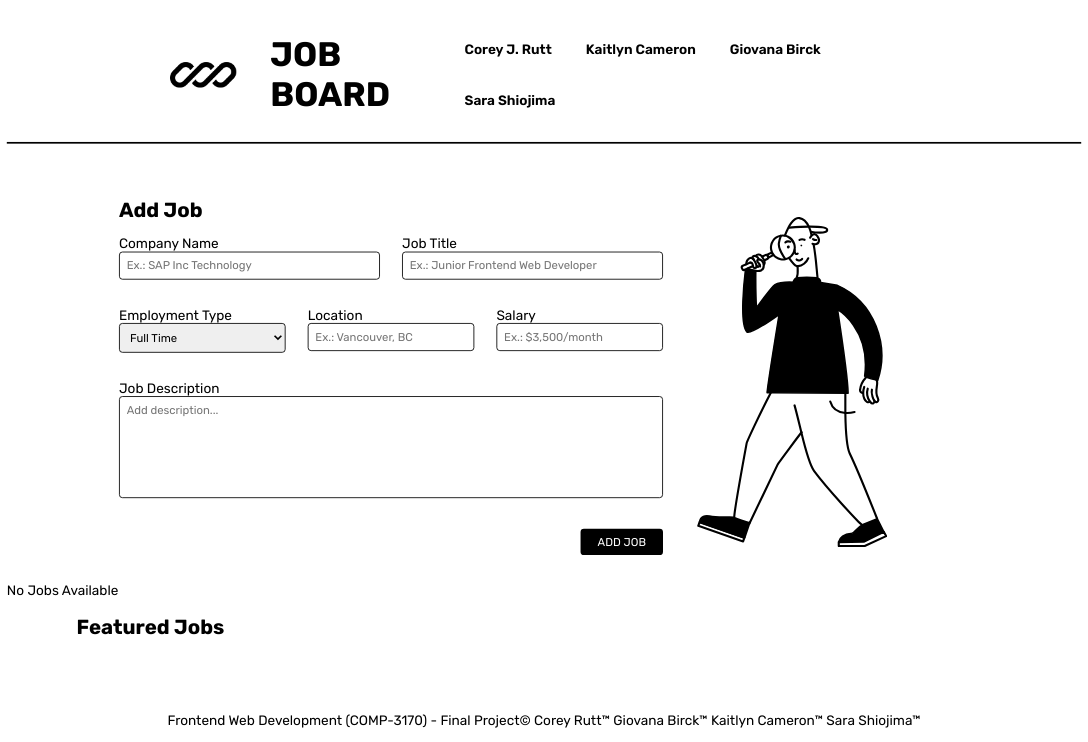
Repository: kcameron37/Final-Project-FrontEnd
Page: /
These files come from the project's save history. The page is drawn as it stood at one moment and after the next save; the edit follows.
The browser window is 1280 px wide. The pictures show the whole page, at 85% of full size.
The project was rebuilt for these pictures with package versions that can differ from the ones it lists, and the page was loaded fresh each time.

Above is the page before, as saved 2023-11-28 21:11:29.

### src/index.js
import { StrictMode } from "react";
import { createRoot } from "react-dom/client";

import App from "./App";
import './styles.css';

const rootElement = document.getElementById("root");
const root = createRoot(rootElement);

root.render(
  <StrictMode>
    <App />
    <p className="footer">Frontend Web Development (COMP-3170) - Final Project&copy; Corey Rutt&trade; Giovana Birck&trade; Kaitlyn Cameron&trade; Sara Shiojima&trade; </p>
  </StrictMode>
);

### src/App.js
import React, { useState } from 'react';
import { BrowserRouter as Router, Routes, Route } from 'react-router-dom';

import JobList from './components/JobList';
import AddJob from './components/AddJob';
import FilterComponent from './components/FilterComponent';
import NavBar from './components/NavBar';

export default function App() {
  const [jobs, setJobs] = useState([]);
  const [jobToEdit, setJobToEdit] = useState(null);

  const addJob = (job) => {
    if (jobToEdit) {
      const updatedJobs = jobs.map(j => (j.id === jobToEdit.id ? { ...j, ...job } : j));
      setJobs(updatedJobs);
      setJobToEdit(null);
    } else {
      const newJobWithId = { ...job, id: Date.now() };
      setJobs([...jobs, newJobWithId]);
    }
  };

  const deleteJob = (index) => {
    const newJobs = jobs.filter((_, idx) => idx !== index);
    setJobs(newJobs);
  };

  const updateJob = (jobId, updatedDetails) => {
    const updatedJobs = jobs.map(job =>
      job.id === jobId ? { ...job, ...updatedDetails } : job
    );
    setJobs(updatedJobs);
  };

  return (
    <Router>
      <div className="App">
        <NavBar />
        <AddJob addJob={addJob} jobToEdit={jobToEdit} />
        <FilterComponent jobs={jobs} />
        <Routes>
          <Route path="/" element={<JobList jobs={jobs} deleteJob={deleteJob} setJobToEdit={setJobToEdit} updateJob={updateJob} />} />
          <Route path="/filter/:filterType/:filterValue" element={<JobList jobs={jobs} deleteJob={deleteJob} setJobToEdit={setJobToEdit} updateJob={updateJob} />} />
        </Routes>
      </div>
    </Router>
  );
}

### src/styles.css
.App {
  font-family: 'Rubik', sans-serif;
  padding-bottom: 50px;
}

.footer {
  left: 0;
  bottom: 0;
  width: 100%;
  text-align: center;
  z-index: 1000;
}

### src/components/JobList.js
import React, { useState } from 'react';
import { useParams } from 'react-router-dom';
import styles from "./jobList.module.css";

export default function JobList({ jobs, deleteJob, setJobToEdit, updateJob }) {
  const { filterType, filterValue } = useParams();

  const [editingJobId, setEditingJobId] = useState(null);
  const [editedJob, setEditedJob] = useState({});

  // Existing filtering logic
  const filteredJobs = filterType && filterValue
    ? jobs.filter(job => job[filterType].toString() === filterValue)
    : jobs;

  const handleEditClick = (job) => {
    setEditingJobId(job.id);
    setEditedJob(job);
  };

  const handleSaveClick = () => {
    updateJob(editingJobId, editedJob);
    setEditingJobId(null);
  };

  const handleChange = (e, field) => {
    setEditedJob({ ...editedJob, [field]: e.target.value });
  };

  const handleSave = (jobId) => {
    updateJob(jobId, editedJob);
    setEditingJobId(null);
    setEditedJob({});
  };


  return (
    <div className={styles.jobListContainer}>
      <h2 className={styles.h2}>Featured Jobs</h2>
      {filteredJobs.map((job) => (
        <div key={job.id} className={styles.jobItem}>
          {editingJobId === job.id ? (
            // Edit mode
            <div>
              <input
                className={styles.inputField}
                placeholder="Company Name"
                value={editedJob.companyName || ''}
                onChange={(e) => handleChange(e, 'companyName')}
              />
              <input
                className={styles.inputField}
                placeholder="Job Title"
                value={editedJob.jobTitle || ''}
                onChange={(e) => handleChange(e, 'jobTitle')}
              />
              <select
                className={styles.inputField}
                value={editedJob.employmentType || ''}
                onChange={(e) => handleChange(e, 'employmentType')}
              >
                <option value="Full Time">Full Time</option>
                <option value="Part Time">Part Time</option>
              </select>
              <input
                className={styles.inputField}
                placeholder="Location"
                value={editedJob.location || ''}
                onChange={(e) => handleChange(e, 'location')}
              />
              <input
                className={styles.inputField}
                placeholder="Salary"
                value={editedJob.salary || ''}
                onChange={(e) => handleChange(e, 'salary')}
              />
              <textarea
                className={styles.textAreaField}
                placeholder="Job Description"
                value={editedJob.description || ''}
                onChange={(e) => handleChange(e, 'description')}
              />
              <button onClick={() => handleSave(job.id)}>Save</button>

            </div>
          ) : (
            <div>
              <div className={styles.titleLine}>
                <h3 className={styles.jobTitle}>{job.jobTitle}</h3>
                <button
                  className={styles.editButton}
                  onClick={() => handleEditClick(job)}
                >
                  Edit
                </button>
                <button
                  className={styles.deleteButton}
                  onClick={() => deleteJob(job.id)}
                >
                  Delete
                </button>
              </div>
              <div className={styles.companyInfo}>
               <p>{job.description}</p>
              </div>
              <p className={styles.jobDescription}>{job.description}</p>
            </div>
          )}
        </div>
      ))}
    </div>
  );
}

### src/components/FilterComponent.js
import React from 'react';
import { useNavigate } from 'react-router-dom';

function FilterComponent({ jobs }) {
    const navigate = useNavigate();

    const uniqueLocations = getUniqueValues(jobs, 'location');
    const uniqueJobTitles = getUniqueValues(jobs, 'jobTitle');

    const handleFilterChange = (filterType, value) => {
      if (value === "") {
        navigate(`/`); // Navigate to base route to reset the filter
      } else {
        navigate(`/filter/${filterType}/${value}`);
      }
    };

  if (jobs.length === 0) {
    return <p>No Jobs Available</p>;
  }

  return (
    <div>
      <div>
        <label>Location:</label>
        <select onChange={(e) => handleFilterChange('location', e.target.value)}>
          <option value="">All Locations</option> {/* Reset option */}
          {uniqueLocations.map(location => (
            <option key={location} value={location}>{location}</option>
          ))}
        </select>
      </div>

      <div>
        <label>Job Title:</label>
        <select onChange={(e) => handleFilterChange('jobTitle', e.target.value)}>
          <option value="">All Job Titles</option> {/* Reset option */}
          {uniqueJobTitles.map(title => (
            <option key={title} value={title}>{title}</option>
          ))}
        </select>
      </div>

      {/* Add more dropdowns for other categories... */}
    </div>
  );
}

export default FilterComponent;

function getUniqueValues(jobs, key) {
  const unique = [...new Set(jobs.map(job => job[key]))];
  return unique;
}

### src/components/NavBar.js
import React, { useState, useEffect, useRef } from "react";
import styles from "./navBar.module.css";

export default function NavBar() {
  const [popups, setPopups] = useState({
    corey: false,
    kaitlyn: false,
    giovana: false,
    sara: false,
  });

  const togglePopup = (popupName) => {
    setPopups((prevState) => ({
      ...Object.keys(prevState).reduce((acc, key) => {
        acc[key] = key === popupName ? !prevState[key] : false;
        return acc;
      }, {}),
    }));
  };

  const popupRefs = {
    corey: useRef(null),
    kaitlyn: useRef(null),
    giovana: useRef(null),
    sara: useRef(null),
  };

  useEffect(() => {
    const handleOutsideClick = (event) => {
      for (const key in popupRefs) {
        if (popupRefs[key].current && !popupRefs[key].current.contains(event.target)) {
          setPopups((prevState) => ({
            ...prevState,
            [key]: false,
          }));
        }
      }
    };

    document.addEventListener("mousedown", handleOutsideClick);
    return () => {
      document.removeEventListener("mousedown", handleOutsideClick);
    };
  }, []);

  return (
    <div className={styles.navBar}>
      <div className={styles.logo}>
        <img src="/images/logo.png" alt="Logo" />
        <h2>JOB BOARD</h2>
      </div>

      <div>
        <button onClick={() => togglePopup("corey")}>Corey J. Rutt</button>
        {popups.corey && (
          <div className={`${styles.popupWrapper} ${styles.corey}`} ref={popupRefs.corey}>
            <button className={styles.closeButton} onClick={() => togglePopup("corey")}>
              X
            </button>
            <div className={styles.popup}>
              <p>Corey's Student Number A013347533</p>
            </div>
          </div>
        )}

        <button onClick={() => togglePopup("kaitlyn")}>Kaitlyn Cameron</button>
        {popups.kaitlyn && (
          <div className={`${styles.popupWrapper} ${styles.kaitlyn}`} ref={popupRefs.kaitlyn}>
            <button className={styles.closeButton} onClick={() => togglePopup("kaitlyn")}>
              X
            </button>
            <div className={styles.popup}>
              <p>Kaitlyn's Student Number A01326523</p>
            </div>
          </div>
        )}

        <button onClick={() => togglePopup("giovana")}>Giovana Birck</button>
        {popups.giovana && (
          <div className={`${styles.popupWrapper} ${styles.giovana}`} ref={popupRefs.giovana}>
            <button className={styles.closeButton} onClick={() => togglePopup("giovana")}>
              X
            </button>
            <div className={styles.popup}>
              <p>Giovana's Student Number A01299565</p>
            </div>
          </div>
        )}

        <button onClick={() => togglePopup("sara")}>Sara Shiojima</button>
        {popups.sara && (
          <div className={`${styles.popupWrapper} ${styles.sara}`} ref={popupRefs.sara}>
            <button className={styles.closeButton} onClick={() => togglePopup("sara")}>
              X
            </button>
            <div className={styles.popup}>
              <p>Sara's Student Number A01314209</p>
            </div>
          </div>
        )}
      </div>
    </div>
  );
}

### src/components/jobList.module.css
  .jobListContainer {
    max-width: 1100px;
    margin: auto;
  }

.titleLine{
    display: flex;
}

.jobItem {
    border-radius: 4px;
    box-shadow: 0 2px 4px rgba(0,0,0,0.1);
    padding: 20px;
    margin-bottom: 20px;
    border: 1px solid #b7b7b7;
  }

  .jobTitle {
    font-size: 24px;
    margin-bottom: 10px;
  }

  .companyInfo {
    display: flex;
    justify-content: space-between;
    align-items: center;
    margin-bottom: 10px;
  }

  .companyName span {
    font-size: 16px;
    margin-right: 10px;
  }

  .companyDetails{
    margin-right: 40%;
  }

  .companyDetails span{
    font-size: 16px;
    margin-right: 10px;

  }

  .editButton,
  .deleteButton {
    padding: 8px 16px;
    color: black;
    border: 1px solid black;
    border-radius: 4px;
    cursor: pointer;
    text-transform: uppercase;
    font-size: 10px;
    margin-left: 8px;
  }

  .editButton {
    background-color: rgb(231, 231, 231);
  }

  .deleteButton {
    background-color:rgb(231, 231, 231);
  }

  .jobDescription {
    font-size: 16px;
  }

### src/components/addJob.module.css
* > * {
    box-sizing: border-box;
    font-family: 'Rubik', sans-serif;
  }

  .container {
    display: flex;
    align-items: center;
    gap: 40px;
    width: 100%;
    max-width: 1000px;
    margin: 0 auto;
  }

  .form {
    display: flex;
    flex-direction: column;
    gap: 16px;
    flex: 2;
  }

  .formTitle {
    margin: 0;
  }

  .formRow {
    display: flex;
    width: 100%;
    gap: 26px;
    padding-bottom: 16px;
  }

  .inputContainer {
    flex: 1;
  }

  .input-label {
    display: block;
    margin-bottom: 8px;
  }

  .textInput {
    width: 100%;
    padding: 8px;
    border-radius: 4px;
    border: 1px solid black;
  }

  .selectInput {
    width: 100%;
    padding: 8px;
    border-radius: 4px;
    border: 1px solid black;
  }

  .textareaInput {
    width: 100%;
    padding: 8px;
    border-radius: 4px;
    border: 1px solid black;
    resize: none;
    height: 120px;
  }

  .button {
    padding: 8px 20px;
    background-color: #000000;
    color: #ffffff;
    border: none;
    border-radius: 4px;
    cursor: pointer;
    text-transform: uppercase;
    margin-left: auto;
  }

  .imageWrap {
    flex: 1;
  }

  .image {
    width: 70%;
  }

### src/components/navBar.module.css
.logo {
  display: flex;
  align-items: center;
  margin-left: 2em;
}

.logo h2 {
  margin-left: 1em;
  font-size: 40px;
  margin-bottom: 32px;
}

.navBar {
  background-color: transparent;
  padding: 0px 160px 0px 160px;
  border-style: solid;
  border-width: 0px 0px 2px 0px;
  display: flex;
  align-items: flex-end;
  justify-content: space-between;
  margin-bottom: 64px;
  position: relative;
}

.navBar img {
  height: 30px;
}

.navBar button {
  background-color: transparent;
  font-weight: 600;
  border: none;
  padding: 0px 12px 40px 12px;
  cursor: pointer;
  font-size: 16px;
  margin-right: 1em;

}

.popupWrapper {
  position: absolute;
  top: 100%;
  right: 10;
  background-color: #fff;
  box-shadow: 0 2px 4px rgba(0, 0, 0, 0.2);
  border: 2px solid black;
  padding: 10px;
  z-index: 1;
  width: 15em;
}

.popup {
  list-style: none;
  padding: 0;
  margin: 0;
  margin-top: 2em;
}

.popup h3 {
  font-size: 18px;
  margin-top: 20px;
  margin-bottom: 10px;
}

.popup li {
  font-size: 16px;
  margin-bottom: 8px;
  margin-top: 10px;
}

.closeButton {
  position: absolute;
  top: 5px;
  right: 5px;
  background-color: transparent;
  border: none;
  cursor: pointer;
}

.popupWrapper {
  position: absolute;
  background-color: #fff;
  box-shadow: 0 2px 4px rgba(0, 0, 0, 0.2);
  border: 2px solid black;
  padding: 10px;
  z-index: 1;
  width: 10em;
}

.popupWrapper.corey {
  left: 80%;
}

.popupWrapper.kaitlyn {
  left: 80%;
}

.popupWrapper.giovana {
  left: 80%;
}

.popupWrapper.sara {
  left: 80%;
}

Loaded but not shown: public/index.html (common file); src/components/AddJob.js (147 lines, source omitted)

After the next save:
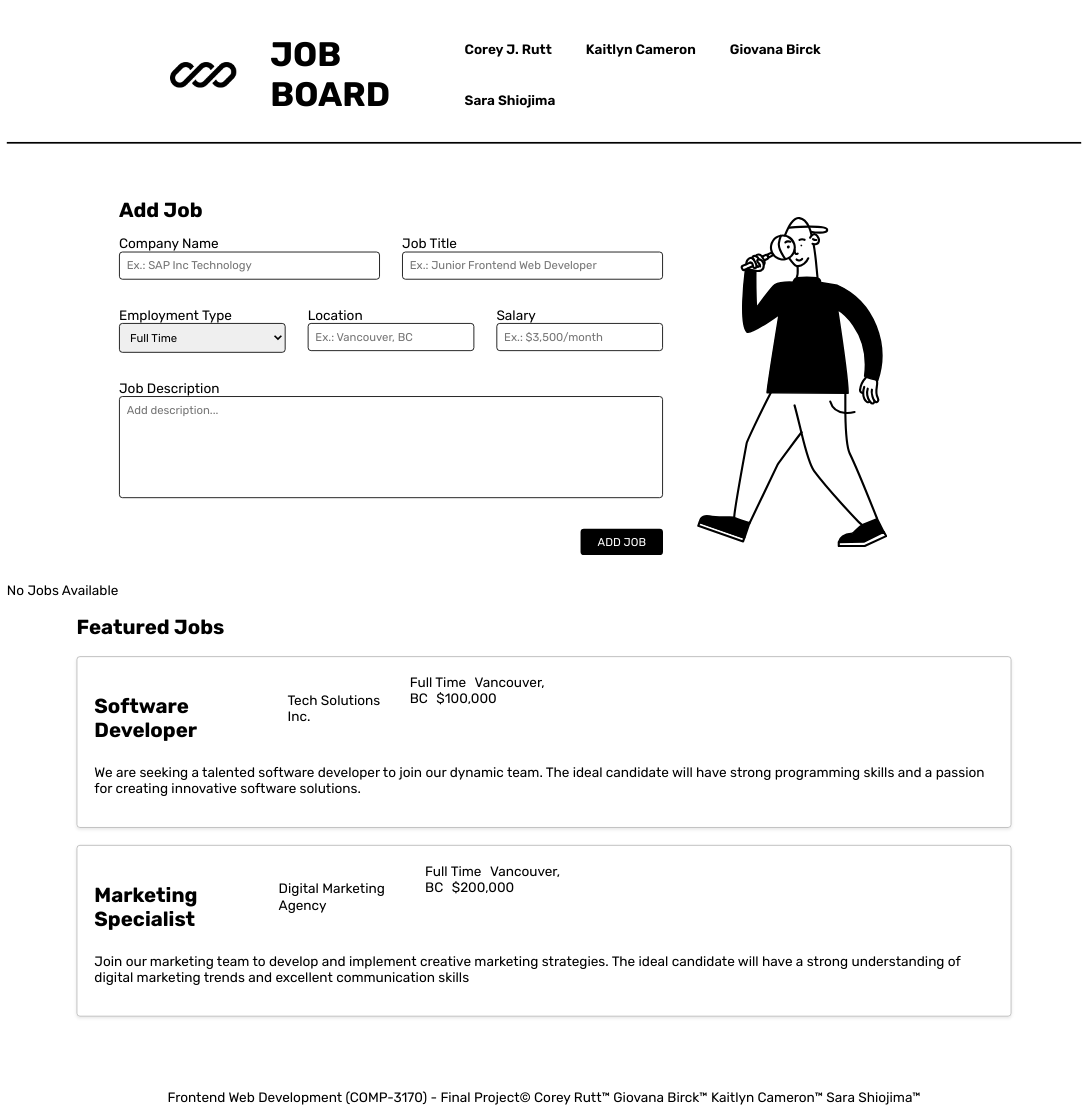
Saved 11 s later.
--- a/src/components/JobList.js
+++ b/src/components/JobList.js
@@ -108,6 +108,52 @@
           )}
         </div>
       ))}
+         <div className={styles.jobListContainer}>
+        <div className={styles.jobItem}>
+          <div className={styles.titleLine}>
+            <h3 className={styles.jobTitle}>Software Developer</h3>
+
+            <div className={styles.companyInfo}>
+              <div className={styles.companyName}>
+                <span>Tech Solutions Inc.</span>
+              </div>
+            </div>
+            <div className={styles.companyDetails}>
+              <span>Full Time</span>
+              <span>Vancouver, BC</span>
+              <span>$100,000</span>
+            </div>
+          </div>
+          <p className={styles.jobDescription}>
+            We are seeking a talented software developer to join our dynamic
+            team. The ideal candidate will have strong programming skills and a
+            passion for creating innovative software solutions.
+          </p>
+        </div>
+      </div>
+
+      <div className={styles.jobListContainer}>
+        <div className={styles.jobItem}>
+          <div className={styles.titleLine}>
+            <h3 className={styles.jobTitle}>Marketing Specialist</h3>
+            <div className={styles.companyInfo}>
+              <div className={styles.companyName}>
+                <span>Digital Marketing Agency</span>
+              </div>
+            </div>
+            <div className={styles.companyDetails}>
+              <span>Full Time</span>
+              <span>Vancouver, BC</span>
+              <span>$200,000</span>
+            </div>
+          </div>
+          <p className={styles.jobDescription}>
+            Join our marketing team to develop and implement creative marketing
+            strategies. The ideal candidate will have a strong understanding of
+            digital marketing trends and excellent communication skills
+          </p>
+        </div>
+      </div>
     </div>
   );
 }

After the 4 saves that followed:
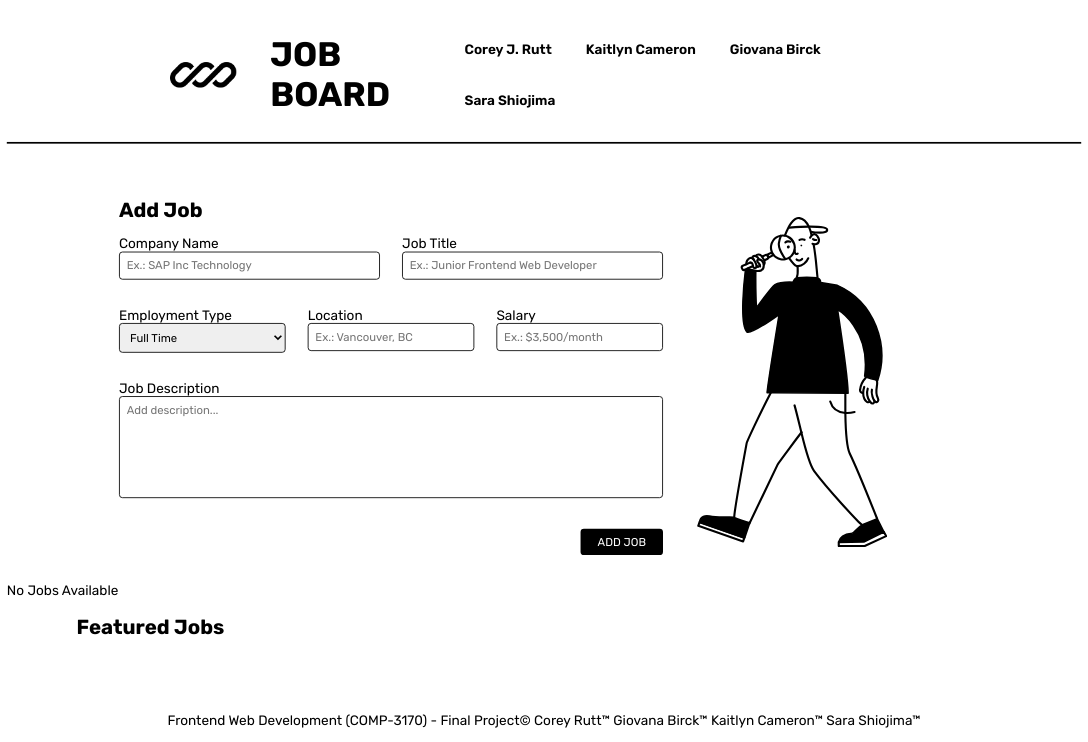
The 4 saves are shown as one change because 2 left the picture as it was and some came seconds apart.
The last was saved 78 s later.
--- a/src/components/JobList.js
+++ b/src/components/JobList.js
@@ -101,6 +101,9 @@
                 </button>
               </div>
               <div className={styles.companyInfo}>
+              <p>{job.companyName}</p>
+               <p>{job.description}</p>
+               <p>{job.description}</p>
                <p>{job.description}</p>
               </div>
               <p className={styles.jobDescription}>{job.description}</p>
@@ -108,52 +111,7 @@
           )}
         </div>
       ))}
-         <div className={styles.jobListContainer}>
-        <div className={styles.jobItem}>
-          <div className={styles.titleLine}>
-            <h3 className={styles.jobTitle}>Software Developer</h3>
 
-            <div className={styles.companyInfo}>
-              <div className={styles.companyName}>
-                <span>Tech Solutions Inc.</span>
-              </div>
-            </div>
-            <div className={styles.companyDetails}>
-              <span>Full Time</span>
-              <span>Vancouver, BC</span>
-              <span>$100,000</span>
-            </div>
-          </div>
-          <p className={styles.jobDescription}>
-            We are seeking a talented software developer to join our dynamic
-            team. The ideal candidate will have strong programming skills and a
-            passion for creating innovative software solutions.
-          </p>
-        </div>
-      </div>
-
-      <div className={styles.jobListContainer}>
-        <div className={styles.jobItem}>
-          <div className={styles.titleLine}>
-            <h3 className={styles.jobTitle}>Marketing Specialist</h3>
-            <div className={styles.companyInfo}>
-              <div className={styles.companyName}>
-                <span>Digital Marketing Agency</span>
-              </div>
-            </div>
-            <div className={styles.companyDetails}>
-              <span>Full Time</span>
-              <span>Vancouver, BC</span>
-              <span>$200,000</span>
-            </div>
-          </div>
-          <p className={styles.jobDescription}>
-            Join our marketing team to develop and implement creative marketing
-            strategies. The ideal candidate will have a strong understanding of
-            digital marketing trends and excellent communication skills
-          </p>
-        </div>
-      </div>
     </div>
   );
 }
